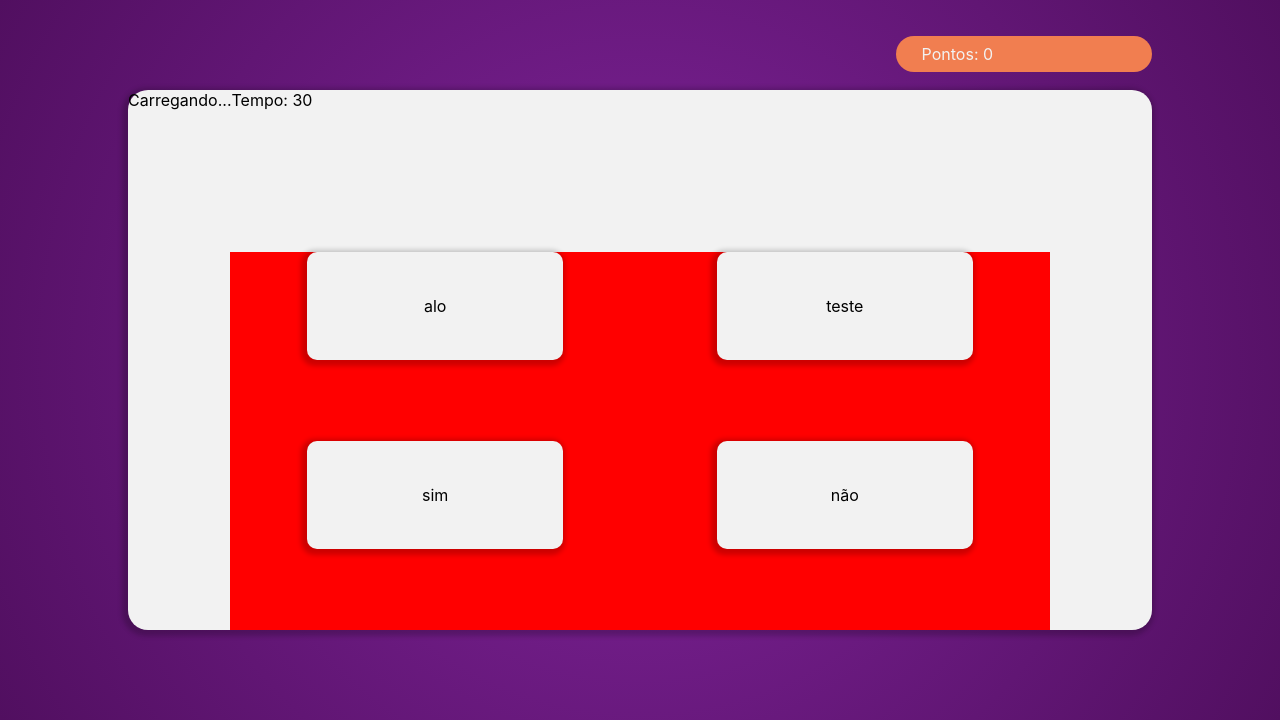
Repository: gabrielejandres/bd-final-project
Page: /play (app in frontend/)
An editor plug-in stored every save of this project. The page is shown before and after the next save, followed by the edit.
The browser window is 1280 px wide. The pictures show the whole page.
The project was rebuilt for these pictures with package versions that can differ from the ones it lists, and the page was loaded fresh each time. Also part of the build but not shown: frontend/src/App.css, frontend/src/components/Button/index.jsx, frontend/src/components/Logo/style.css, frontend/src/components/Logo/index.jsx, frontend/src/components/Footer/Login/index.jsx, frontend/src/pages/Login/index.jsx, frontend/src/components/Footer/Home/style.css, frontend/src/components/Footer/Home/index.jsx and 1 more.

Above is the page before, as saved 2022-03-05 23:21:08.

### frontend/src/App.js
import './App.css';
import Login from './pages/Login/index.jsx'
import Home from './pages/Home/index.jsx'
import Play from './pages/Play/index.jsx';
import {BrowserRouter, Route, Routes} from 'react-router-dom';


function App() {
  return (
    <div>
      <BrowserRouter>
          <Routes>
            <Route path="/login" element={<Login/>}/>
            <Route path="/" element={<Home/>}/>
            <Route path="/play" element={<Play/>}/>
          </Routes>
      </BrowserRouter>
    </div>
  );
}

export default App;

### frontend/src/pages/Play/index.jsx
import { useEffect, useState } from 'react'
import './style.css'

export default function Play(){

  const [score, setScore] = useState(0)
  const [question, setQuestion] = useState('Carregando...')
  const [options, setOptions] = useState(['alo', 'teste', 'sim', 'não'])
  const [answer, setAnswer] = useState('sim')
  const [time, setTime] = useState(30)
  const [correct, setCorrect] = useState(undefined)

  const checkAnswer = (option) =>{
    if(option === answer){
      setTime(0)
      setScore(time*10);
      setCorrect(true);
    } else{
      setTime(0)
      setScore(0);
      setCorrect(false);
    }
  }


  useEffect(()=>{

  }, [score])

  return (
    <div className="main-page">
      <div className="score">
        <div className="score-text">Pontos: {score}</div>
      </div>
      <div className="game-container">
        <div className="game-header">
          <div className="game-question">
            {question}
          </div>
          <div className="game-timer">
            Tempo: {time}
          </div>
        </div>
        <div className="game-content" style={{'backgroundColor': correct ? 'green' : 'red'}}>
          {options.map((option) => {
            return(
              <div className="game-options" onClick={()=>{checkAnswer(option)}}>
                {option}
              </div>
            )
            })}
        </div>
      </div>
    </div>
  )
}

### frontend/src/pages/Login/style.css
@import url('https://fonts.googleapis.com/css2?family=Montserrat:wght@100;400;700;900&display=swap');

:root {
    --color-brand-primary: #510F60;
    --color-brand-secondary: #F17E50;

    --color-neutral-lightest: #F2F2F2;
    --color-neutral-medium: rgba(133,133,133, 1);
    --color-neutral-darkest: #363636;

    --primary-brand-font: 'Montserrat', sans-serif;
}

.main-page {
  background-image: radial-gradient(circle, #81249C, var(--color-brand-primary));

  height: 100vh;

  display: flex;
  justify-content: center;
  align-items: center;
}

.logo img {
  height: 15vh;

  display: flex;
  justify-content: center;
  align-items: center;
}

.container-login {
  width: 40vw;
  height: 60vh;

  display: flex;
  align-items: center;
  justify-content: center;
  flex-direction: column;

  background-color: var(--color-neutral-lightest);

  border-radius: 20px;
  box-shadow: -2px 2px 5px 4px rgba(0,0,0,0.2) ;
}

.access-area {
  display: flex;
  justify-content: center;

  width: 35vw;
}

.user-interaction {
  display: flex;
  align-items: center;
  flex-direction: column;
  justify-content: center;

  margin-left: 1.5vw;
}

.profile {
  width: auto;
  height: auto;

  margin-top: 30px;
  margin-bottom: 50px;
}

.profile img {
  height: 150px;
  width: auto;
}

.input{
  border-radius: 10px;
  border: 1px solid var(--color-neutral-medium);

  height: 24px;
  width: 12vw;

  margin-bottom: 2.5vh;
  padding: 1vh;

  background-color: rgba(133,133,133, 0.2);

  font-family: var(--primary-brand-font);
}

input:focus {
  outline: none;
}

.container-footer {
  width: 100%;

  display: flex;
  align-items: center;
  justify-content: center;
}

.continue-button {
  display: flex;
  align-items: center;
  justify-content: center;
}

### frontend/src/pages/Home/style.css
@import url('https://fonts.googleapis.com/css2?family=Montserrat:wght@100;400;700;900&display=swap');

:root{
    --color-brand-primary: #510F60;
    --color-brand-secondary: #F17E50;
    --color-neutral-lightest: #F2F2F2;
    --primary-brand-font: 'Montserrat', sans-serif;
}

.container{
    width: 35vw;
    height: 65vh;
    display: flex;
    align-items: center;
    justify-content: center;
    flex-direction: column;
    background-color: var(--color-neutral-lightest);
    border-radius: 20px;
    box-shadow: -2px 2px 5px 4px rgba(0,0,0,0.2) ;
    color: var(--color-neutral-darkest);
}

.container-content{
    display: flex;
    flex-direction: column;
    align-items: center;
    height: 80%;
    margin-top: 50px;
}

.buttons-area{
    display: flex;
    flex-direction: column;
    height: 26vh;
    align-items: center;
    justify-content: space-evenly;
    width: 100%;
    margin-top: 5.5vh;
}

.logo {
    width: 35vw;
    display: flex;
    justify-content: center;
    align-items: center;
}

### frontend/src/pages/Play/style.css
:root{
  --color-neutral-lightest: #F2F2F2;
}

.game-container{
  width: 80vw;
  height: 75vh;
  display: flex;
  align-items: center;
  justify-content: center;
  flex-direction: column;
  background-color: var(--color-neutral-lightest);
  border-radius: 20px;
  box-shadow: -2px 2px 5px 4px rgba(0,0,0,0.2) ;
}

.score{
  position: absolute;
  right: 10vw;
  top: 5vh;
  width: 20vw;
  height: 5vh;
  background-color: var(--color-brand-secondary);
  display: flex;
  align-items: center;
  border-radius: 20px;
}

.score-text{
  margin-left: 2vw;
  color: var(--color-neutral-lightest);
}

.game-header{
  display: flex;
  align-items: flex-start;
  height: 30%;
  width: 100%;
}

.game-content{
  display: inline-grid;
  grid-template-columns: auto auto;
  height: 70%;
  width: 80%;
  justify-items: center;
}

.game-options{
  width: 20vw;
  height: 15vh;
  background-color: var(--color-neutral-lightest);
  box-shadow: -2px 2px 5px 4px rgba(0,0,0,0.2);
  cursor: pointer;
  display: flex;
  align-items: center;
  justify-content: center;
  border-radius: 10px;
}

### frontend/src/components/Button/style.css
@import url('https://fonts.googleapis.com/css2?family=Montserrat:wght@100;400;500;700;900&display=swap');

:root{
    --color-brand-primary: #510F60;
    --color-brand-secondary: #F17E50;

    --color-neutral-lightest: #F2F2F2;
    --color-neutral-darkest: #363636;

    --primary-brand-font: 'Montserrat', sans-serif;
}

.button {
  cursor: pointer;

  border-radius:30px;
  border: 1px solid var(--color-neutral-lightest);
  box-shadow: 0 0 0.25rem 0 grey,
              0 -0.25rem 1.5rem rgba(255, 255, 255, 0.1) inset,
              0 0.75rem 0.5rem rgba(255,255,255, 0.4) inset,
              0 0.25rem 0.5rem 0 rgba(255, 255, 255, 0.3) inset;

  line-height: 2.5rem;
  font-family: var(--primary-brand-font);
  font-weight: 500;

  height: 4vh;

  display: flex;
  align-items: center;
  justify-content: center;

  background-image: linear-gradient(-180deg, var(--color-brand-secondary) 0%, #E66038 100%);

  color: var(--color-neutral-lightest);

  padding: 2.5vh;
}

### frontend/src/components/Footer/Login/style.css
@import url('https://fonts.googleapis.com/css2?family=Montserrat:wght@100;400;700;900&display=swap');

:root {
    --color-brand-primary: #510F60;
    --color-brand-secondary: #F17E50;

    --color-neutral-lightest: #F2F2F2;
    --color-neutral-medium: rgba(133,133,133, 1);
    --color-neutral-darkest: #363636;

    --primary-brand-font: 'Montserrat', sans-serif;
}

.text-login hr{
    width: 6vw;
    border: 0;
    height: 1.90px;
    background-color: var(--color-neutral-medium);
    margin-top: 1.2vh;
    margin-left: 0.5vw;
    margin-right: 0.5vw;
}

.text-login {
    display: flex;
    justify-content:center;
    align-items: center;

    color: var(--color-neutral-darkest);

    font-family: var(--primary-brand-font);
}

.login-icons {
    display: flex;
    justify-content: center;
}

.login-icons img {
    width: auto;
    height: 35px;

    padding: 0.5vw;
}

Loaded but not shown: frontend/public/index.html (common file); frontend/src/index.js (common file); frontend/src/index.css (common file)

After the next save:
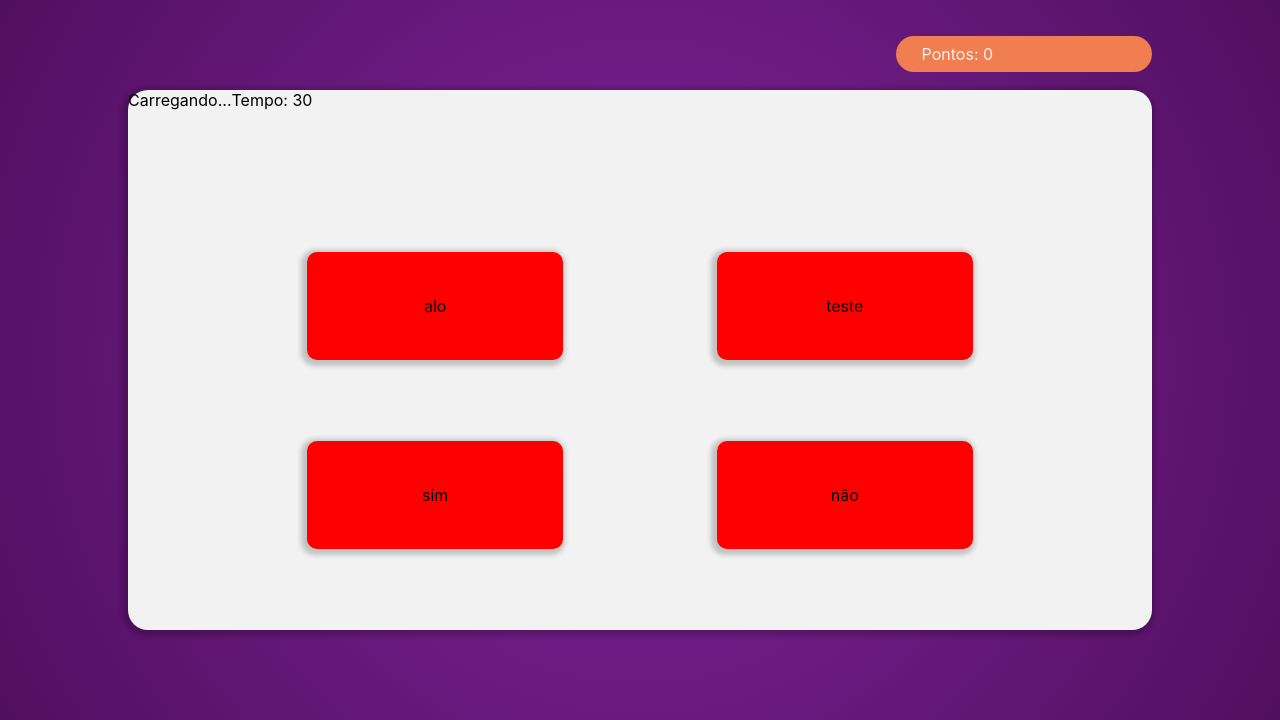
Saved 30 s later.
--- a/frontend/src/pages/Play/index.jsx
+++ b/frontend/src/pages/Play/index.jsx
@@ -41,10 +41,10 @@ export default function Play(){
             Tempo: {time}
           </div>
         </div>
-        <div className="game-content" style={{'backgroundColor': correct ? 'green' : 'red'}}>
+        <div className="game-content">
           {options.map((option) => {
             return(
-              <div className="game-options" onClick={()=>{checkAnswer(option)}}>
+              <div className="game-options" onClick={()=>{checkAnswer(option)}} style={{'backgroundColor': correct ? 'green' : 'red'}}>
                 {option}
               </div>
             )
